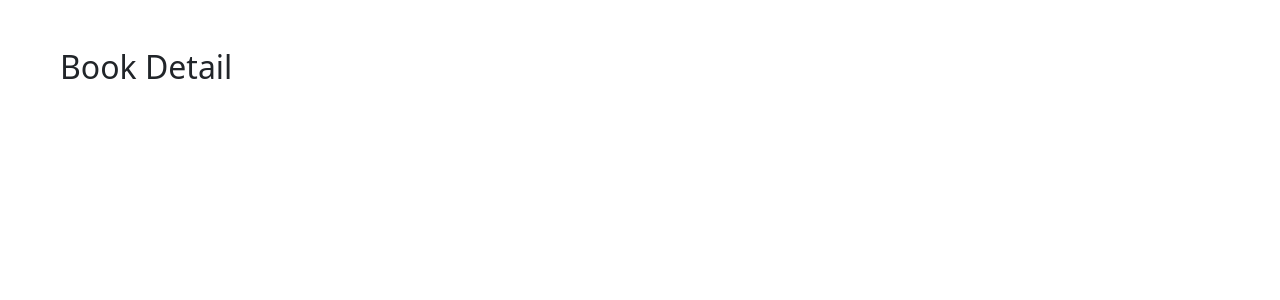
Repository: nyeinsu4520/coursera-test
Page: J2P_J2EE/src/main/webapp/bookOrderForm.html
The author's editor kept a copy of each file at every save. The page is drawn from the files as they stood at one save, then again after the next save.
The browser window is 1280 px wide. The pictures show the whole page.

Above is the page before, as saved 2024-05-27 13:35:49.

After the next save:
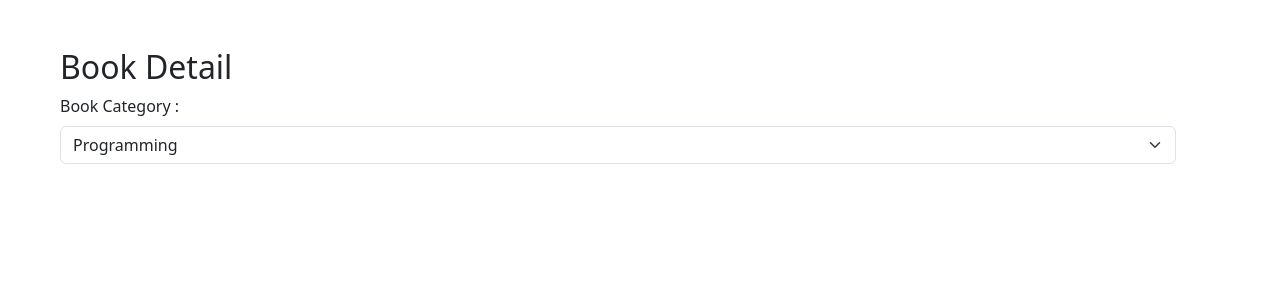
Saved 3 min 45 s later.
--- a/J2P_J2EE/src/main/webapp/bookOrderForm.html
+++ b/J2P_J2EE/src/main/webapp/bookOrderForm.html
@@ -10,7 +10,13 @@
 <body>
 	<div class="container m-5">
 	<h2>Book Detail</h2>
-
+	<form action="" method="">
+		<label for="bookcategory" class="form-label">Book Category : </label>
+            <select class="form-select" id="bookcategory" name="bookcategory">
+                <option value="programming">Programming</option>
+                <option value="os">OS</option>
+            </select>
+	</form>
 
 
 	</div>
